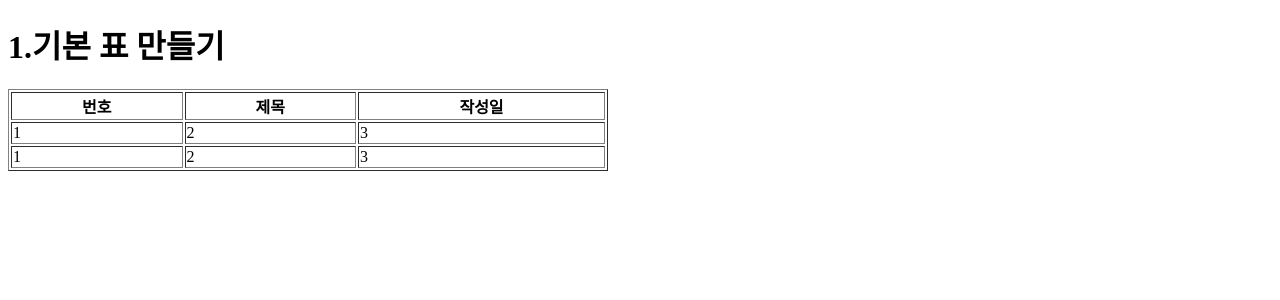
Repository: Junvelop/hkdevelope
Page: Downloads/back_end_edu20240624-master (1)/front_end_20240627/src/main/webapp/html05_표만들기.html
These files come from the project's save history. The page is drawn as it stood at one moment and after the next save; the edit follows.
The browser window is 1280 px wide. The pictures show the whole page.

Above is the page before, as saved 2024-08-12 06:36:09.

### Downloads/back_end_edu20240624-master (1)/front_end_20240627/src/main/webapp/html05_표만들기.html
<!DOCTYPE html>
<html>
<head>
<meta charset="EUC-KR">
<title>html05_표만들기</title>
<style type = "text/css">
		.tb{width:600px;}
</style>


</head>
<body>
<h1>1.기본 표 만들기</h1>
	<table border = "1" class = "tb">
		<tr>    <th>번호</th>   <th>제목</th>    <th>작성일</th>    </tr>
		<tr>    <td>1</td>   <td>2</td>    <td>3</td>    </tr>
		<tr>    <td>1</td>   <td>2</td>    <td>3</td>    </tr>



	</table>

</body>
</html>

After the next save:
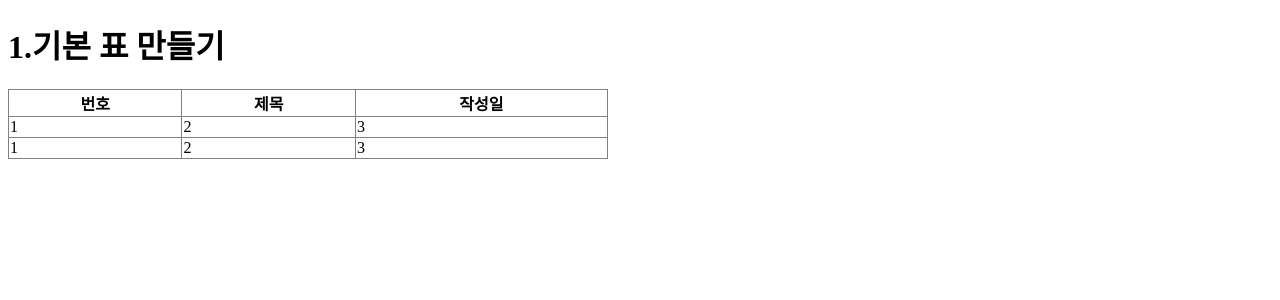
Saved 115 s later.
--- a/Downloads/back_end_edu20240624-master (1)/front_end_20240627/src/main/webapp/html05_표만들기.html
+++ b/Downloads/back_end_edu20240624-master (1)/front_end_20240627/src/main/webapp/html05_표만들기.html
@@ -4,6 +4,7 @@
 <meta charset="EUC-KR">
 <title>html05_표만들기</title>
 <style type = "text/css">
+		table{border-collapse : collapse;}
 		.tb{width:600px;}
 </style>
 
